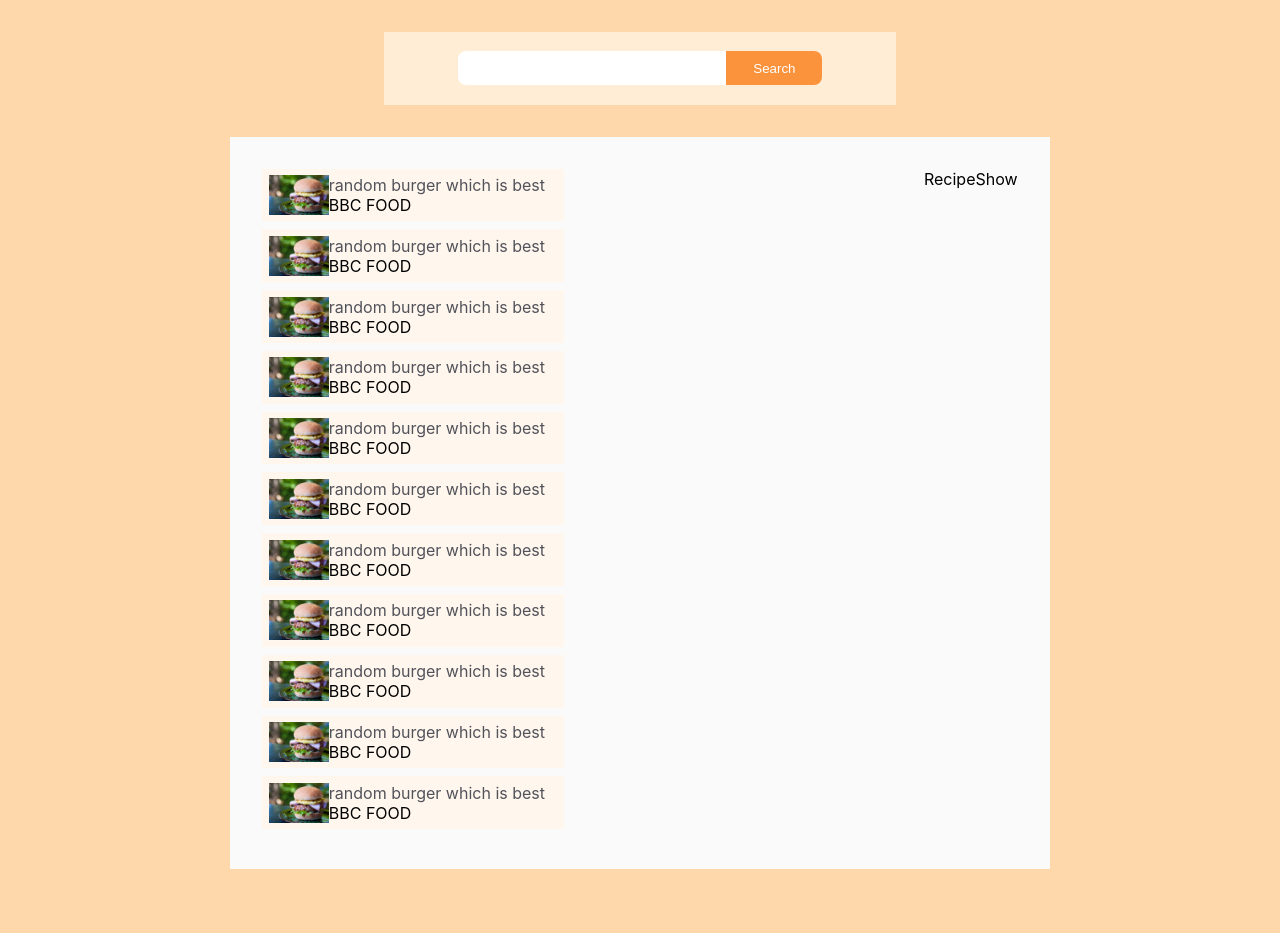
Repository: sandipkarmokar/recipeApp
Page: /
These files come from the project's save history. The page is drawn as it stood at one moment and after the next save; the edit follows.
The browser window is 1280 px wide. The pictures show the whole page.
The project was rebuilt for these pictures with package versions that can differ from the ones it lists, and the page was loaded fresh each time.

Above is the page before, as saved 2022-04-16 12:17:11.

### src/App.js
import { useState } from 'react';
import './App.css';
import SearchBar from './components/searchBar';
import ListView from './components/listView';
import RecipeShow from './components/recipeShow';

const App = () => {
    const [query, setQuery] = useState('');
    const [recipeList, setRecipeList] = useState([]);
    const [isLoading, setIsLoading] = useState(true);
    const [recipeId, setRecipeId] = useState('');

    const url = `https://forkify-api.herokuapp.com/api/search?q=${query}`;
    const recipeUrl = `https://forkify-api.herokuapp.com/api/get?rId=${recipeId}`;

    return (
        <div className="app">
            <div className="app-container">
                <SearchBar></SearchBar>
                <div className="recipe-modal">
                    <ListView></ListView>
                    <RecipeShow></RecipeShow>
                </div>
            </div>
        </div>
    );
};

export default App;

### src/App.css
* {
    margin: 0;
    padding: 0;
    box-sizing: border-box;
}

.app {
    height: 100%;
    width: 100vw;
    background-color: #fed7aa;
}

.app .app-container {
    margin: 0 auto;
    width: 80%;
    padding: 2rem 0;
    display: flex;
    justify-content: center;
    flex-direction: column;
}

.app .app-container .searchBar {
    width: 50%;
    background-color: #ffedd5;
    padding: 1.2rem 1rem;
    margin: 0 auto;
    width: 50%;
    display: flex;
    justify-content: center;
}
.app .app-container .searchBar .searchBar-container {
    width: 80%;
    margin: 0 auto;
    display: flex;
    justify-content: center;
}
.app .app-container .searchBar .searchBar-container input {
    width: 70%;
    padding: 0.4rem 1rem;
    border: none;
    border-radius: 0.5rem 0 0 0.5rem;
}

.app .app-container .searchBar .searchBar-container button {
    width: 25%;
    padding: 0.6rem 1rem;
    background-color: #fb923c;
    border: none;
    color: #fff;
    border-radius: 0 0.5rem 0.5rem 0;
}

.app .app-container .recipe-modal {
    width: 80%;
    background-color: #fafafa;
    margin: 2rem auto;
    display: flex;
    justify-content: space-between;
    padding: 2rem;
}

.app .app-container .recipe-modal .recipeList {
    width: 40%;
}

.app
    .app-container
    .recipe-modal
    .recipeList
    .recipeList-container
    .recipe-item {
    display: flex;
    background-color: #fff7ed;
    padding: 0.4rem;
    margin-bottom: 0.5rem;
}
.app
    .app-container
    .recipe-modal
    .recipeList
    .recipeList-container
    .recipe-item
    img {
    height: 40px;
}
.app
    .app-container
    .recipe-modal
    .recipeList
    .recipeList-container
    .recipe-item
    .info {
    display: flex;
    flex-direction: column;
}
.app
    .app-container
    .recipe-modal
    .recipeList
    .recipeList-container
    .recipe-item
    .info
    .title {
    color: #52525b;
    font-size: 1rem;
}

### src/components/searchBar.js
import React from 'react';

const SearchBar = () => {
    return (
        <div className="searchBar">
            <form className="searchBar-container">
                <input type="text" />
                <button type="submit">Search</button>
            </form>
        </div>
    );
};

export default SearchBar;

### src/components/listView.js
import React from 'react';
import data from './data';

const ListView = () => {
    return (
        <div className="recipeList">
            <div className="recipeList-container">
                {data.map((el) => {
                    console.log(data);
                    return (
                        <div className="recipe-item">
                            <img src={el.img} alt="" />
                            <div className="info">
                                <p className="title">{el.title}</p>
                                <p className="publisher">{el.publisher}</p>
                            </div>
                        </div>
                    );
                })}
            </div>
        </div>
    );
};

export default ListView;

### src/components/recipeShow.js
import React from 'react';

const RecipeShow = () => {
    return <div>RecipeShow</div>;
};

export default RecipeShow;

### src/components/data.js
import image from '../components/food.jpg';

const data = [
    {
        id: 1,
        img: image,
        title: 'random burger which is best',
        publisher: 'BBC FOOD',
    },
    {
        id: 1,
        img: image,
        title: 'random burger which is best',
        publisher: 'BBC FOOD',
    },
    {
        id: 1,
        img: image,
        title: 'random burger which is best',
        publisher: 'BBC FOOD',
    },
    {
        id: 1,
        img: image,
        title: 'random burger which is best',
        publisher: 'BBC FOOD',
    },
    {
        id: 1,
        img: image,
        title: 'random burger which is best',
        publisher: 'BBC FOOD',
    },
    {
        id: 1,
        img: image,
        title: 'random burger which is best',
        publisher: 'BBC FOOD',
    },
    {
        id: 1,
        img: image,
        title: 'random burger which is best',
        publisher: 'BBC FOOD',
    },
    {
        id: 1,
        img: image,
        title: 'random burger which is best',
        publisher: 'BBC FOOD',
    },
    {
        id: 1,
        img: image,
        title: 'random burger which is best',
        publisher: 'BBC FOOD',
    },
    {
        id: 1,
        img: image,
        title: 'random burger which is best',
        publisher: 'BBC FOOD',
    },
    {
        id: 1,
        img: image,
        title: 'random burger which is best',
        publisher: 'BBC FOOD',
    },
];

export default data;

Loaded but not shown: public/index.html (common file); src/index.js (common file); src/index.css (common file); src/reportWebVitals.js (common file)

After the next save:
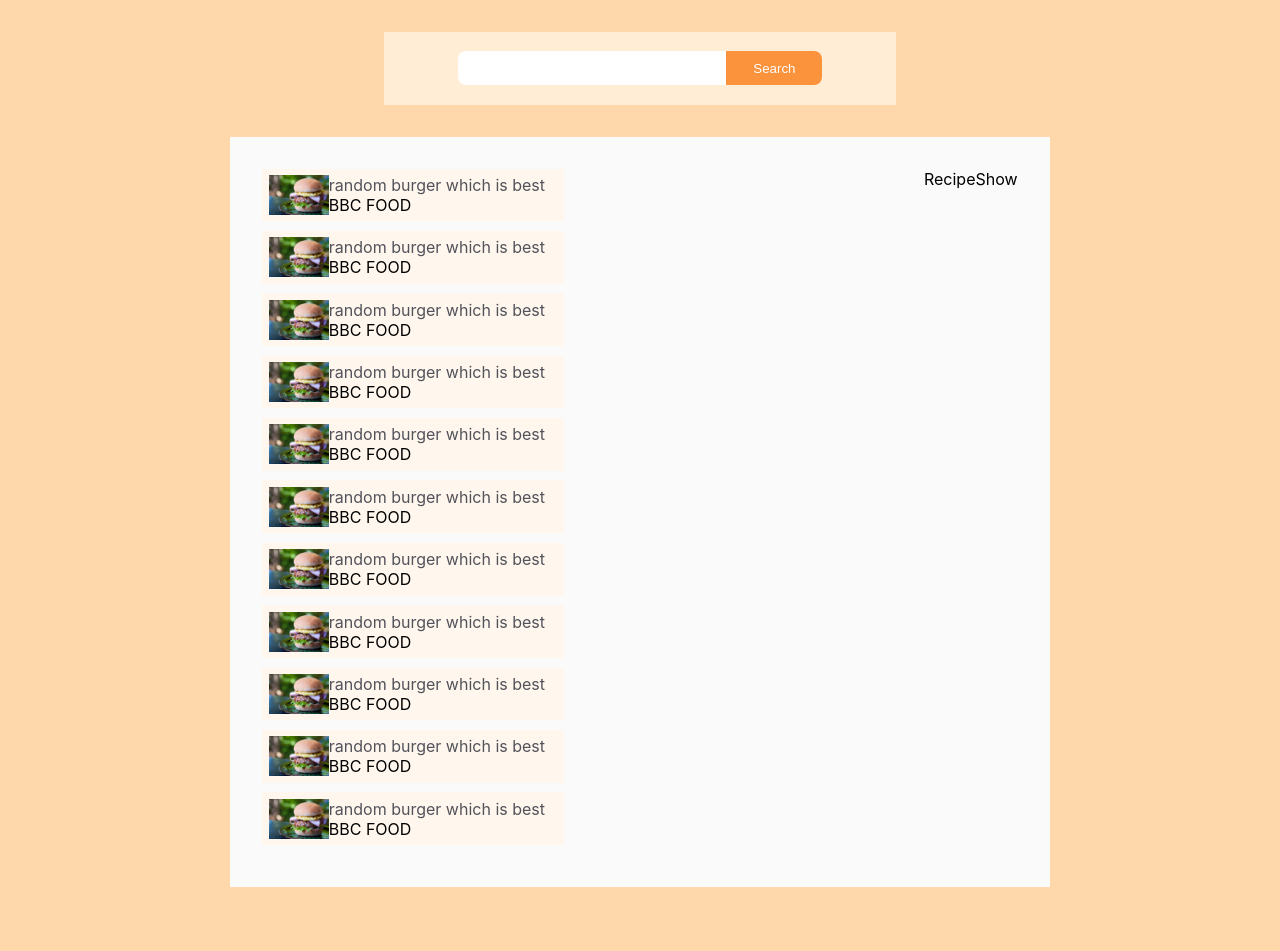
Saved 6 s later.
--- a/src/App.css
+++ b/src/App.css
@@ -72,7 +72,7 @@
     display: flex;
     background-color: #fff7ed;
     padding: 0.4rem;
-    margin-bottom: 0.5rem;
+    margin-bottom: 0.6rem;
 }
 .app
     .app-container
